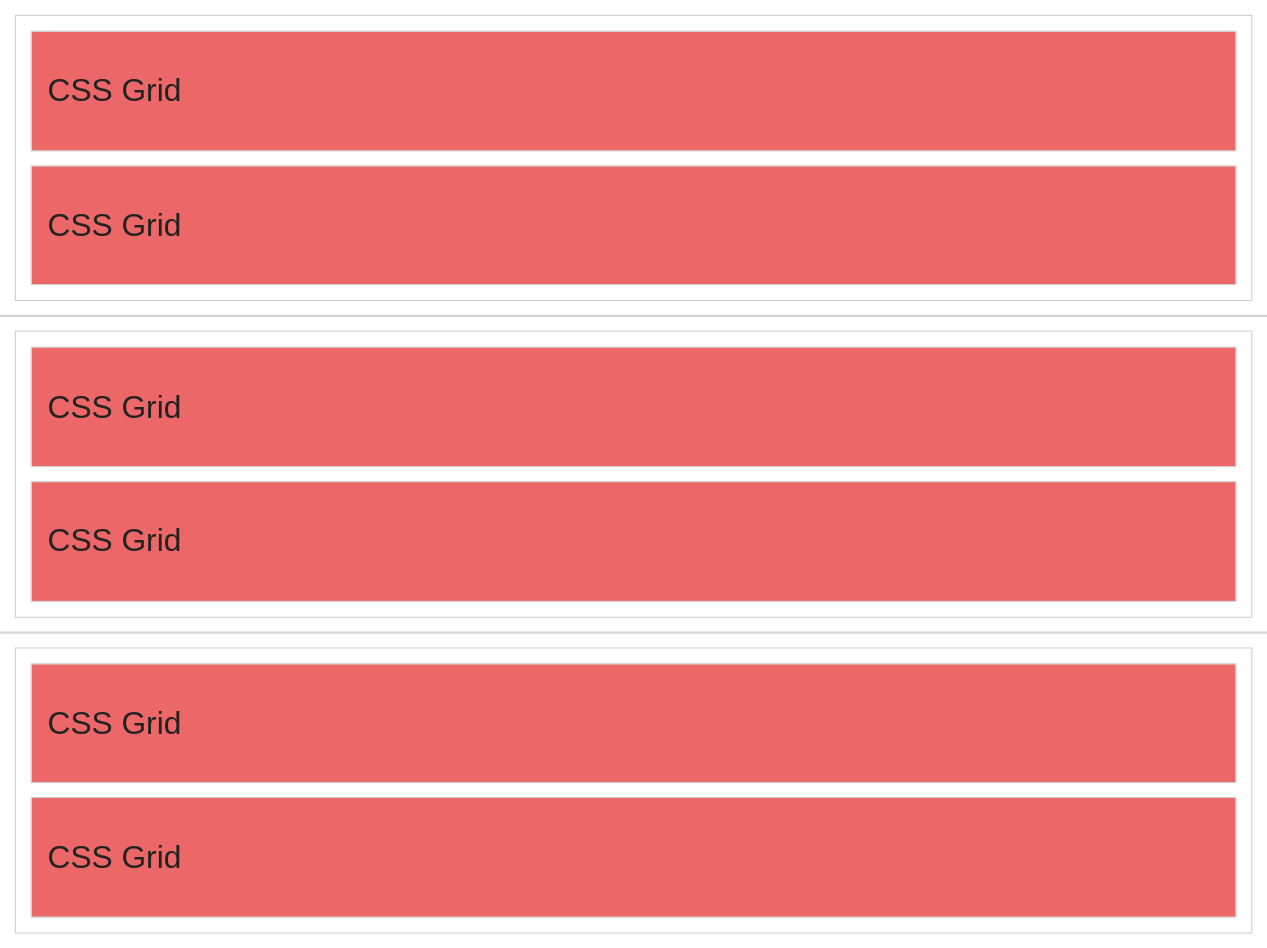
Repository: anoncoderin/madhu_kushal_html_layout
Page: metrosite_week4hw/index.html
An editor plug-in stored every save of this project. The page is shown before and after a run of saves, followed by the edit.
The browser window is 1280 px wide. The pictures show the whole page, at 99% of full size.

Above is the page before, as saved 2023-01-27 23:07:04.

### metrosite_week4hw/index.html
<!doctype html>
<html class="no-js" lang="EN">

<head>
  <meta charset="utf-8">
  <title>Metrolics</title>
  <meta name="description" content="Some demo test website">
  <meta name="viewport" content="width=device-width, initial-scale=1">

  <meta property="og:title" content="">
  <meta property="og:type" content="">
  <meta property="og:url" content="">
  <meta property="og:image" content="">

  <link rel="manifest" href="site.webmanifest">
  <link rel="apple-touch-icon" href="icon.png">
  <!-- Place favicon.ico in the root directory -->

  <link rel="stylesheet" href="css/normalize.css">
  <link rel="stylesheet" href="css/main.css">

  <meta name="theme-color" content="#fafafa">
</head>

<body>


  <script src="js/vendor/modernizr-3.11.2.min.js"></script>
  <script src="js/plugins.js"></script>
  <script src="js/main.js"></script>

  <!-- Google Analytics: change UA-XXXXX-Y to be your site's ID. -->
  <script>
    window.ga = function () { ga.q.push(arguments) }; ga.q = []; ga.l = +new Date;
    ga('create', 'UA-XXXXX-Y', 'auto'); ga('set', 'anonymizeIp', true); ga('set', 'transport', 'beacon'); ga('send', 'pageview')
  </script>
  <script src="https://www.google-analytics.com/analytics.js" async></script>

  <script src="js/vendor/modernizr-3.11.2.min.js"></script>
  <script src="js/plugins.js"></script>
  <script src="js/main.js"></script>

  <!-- Google Analytics: change UA-XXXXX-Y to be your site's ID. -->
  <script>
    window.ga = function () { ga.q.push(arguments) }; ga.q = []; ga.l = +new Date;
    ga('create', 'UA-XXXXX-Y', 'auto'); ga('set', 'anonymizeIp', true); ga('set', 'transport', 'beacon'); ga('send', 'pageview')
  </script>
  <script src="https://www.google-analytics.com/analytics.js" async></script>





  <header class="">
    <div class="row">
      <div class="col">
        <h1>CSS Grid</h1>
      </div>
      <div class="col">
        <h1>CSS Grid</h1>
      </div>
    </div>

  </header>



  <section>

    <div class="row">
      <div class="col">
        <h1>CSS Grid</h1>
      </div>
      <div class="col">
        <h1>CSS Grid</h1>
      </div>
    </div>


  </section>


  <footer>
    <div class="row">
      <div class="col">
        <h1>CSS Grid</h1>
      </div>
      <div class="col">
        <h1>CSS Grid</h1>
      </div>
    </div>

  </footer>









</body>

</html>

### metrosite_week4hw/css/main.css
/*! HTML5 Boilerplate v8.0.0 | MIT License | https://html5boilerplate.com/ */

/* main.css 2.1.0 | MIT License | https://github.com/h5bp/main.css#readme */
/*
 * What follows is the result of much research on cross-browser styling.
 * Credit left inline and big thanks to Nicolas Gallagher, Jonathan Neal,
 * Kroc Camen, and the H5BP dev community and team.
 */

/* ==========================================================================
   Base styles: opinionated defaults
   ========================================================================== */

html {
  color: #222;
  font-size: 1em;
  line-height: 1.4;
}

/*
 * Remove text-shadow in selection highlight:
 * https://twitter.com/miketaylr/status/12228805301
 *
 * Vendor-prefixed and regular ::selection selectors cannot be combined:
 * https://stackoverflow.com/a/16982510/7133471
 *
 * Customize the background color to match your design.
 */

::-moz-selection {
  background: #b3d4fc;
  text-shadow: none;
}

::selection {
  background: #b3d4fc;
  text-shadow: none;
}

div,
main,
header,
section,
footer{
  outline: 1px solid #ccc;
  min-height: 1rem;
  padding: 1rem;
}

*,
*:before,
*:after{
  box-sizing: border-box;
}

img{
  width: 100%;
}


h1,
h2,
h3,
h4,
h5,
h6 {
  font-family:Arial, Helvetica, sans-serif;
  font-weight: 300;
}

p{
  font-family:Arial, Helvetica, sans-serif;
}

.row{
  display: grid;
  row-gap: 1rem;
}
.col{
  position: relative;
  background-color: rgb(236, 103, 103);
}

/* Small only */
@media screen and (max-width: 39.9375em) {}
/* Medium and up */
@media screen and (min-width: 40em) {
  .row{
    max-width: ;
  }
}
/* Medium only */
@media screen and (min-width: 40em) and
(max-width: 63.9375em) {}
/* Large and up */
@media screen and (min-width: 64em) {}
/* Large only */
@media screen and (min-width: 64em) and
(max-width: 74.9375em) {}


/*
 * A better looking default horizontal rule
 */

hr {
  display: block;
  height: 1px;
  border: 0;
  border-top: 1px solid #ccc;
  margin: 1em 0;
  padding: 0;
}

/*
 * Remove the gap between audio, canvas, iframes,
 * images, videos and the bottom of their containers:
 * https://github.com/h5bp/html5-boilerplate/issues/440
 */

audio,
canvas,
iframe,
img,
svg,
video {
  vertical-align: middle;
}

/*
 * Remove default fieldset styles.
 */

fieldset {
  border: 0;
  margin: 0;
  padding: 0;
}

/*
 * Allow only vertical resizing of textareas.
 */

textarea {
  resize: vertical;
}

/* ==========================================================================
   Author's custom styles
   ========================================================================== */

/* ==========================================================================
   Helper classes
   ========================================================================== */

/*
 * Hide visually and from screen readers
 */

.hidden,
[hidden] {
  display: none !important;
}

/*
 * Hide only visually, but have it available for screen readers:
 * https://snook.ca/archives/html_and_css/hiding-content-for-accessibility
 *
 * 1. For long content, line feeds are not interpreted as spaces and small width
 *    causes content to wrap 1 word per line:
 *    https://medium.com/@jessebeach/beware-smushed-off-screen-accessible-text-5952a4c2cbfe
 */

.sr-only {
  border: 0;
  clip: rect(0, 0, 0, 0);
  height: 1px;
  margin: -1px;
  overflow: hidden;
  padding: 0;
  position: absolute;
  white-space: nowrap;
  width: 1px;
  /* 1 */
}

/*
 * Extends the .sr-only class to allow the element
 * to be focusable when navigated to via the keyboard:
 * https://www.drupal.org/node/897638
 */

.sr-only.focusable:active,
.sr-only.focusable:focus {
  clip: auto;
  height: auto;
  margin: 0;
  overflow: visible;
  position: static;
  white-space: inherit;
  width: auto;
}

/*
 * Hide visually and from screen readers, but maintain layout
 */

.invisible {
  visibility: hidden;
}

/*
 * Clearfix: contain floats
 *
 * For modern browsers
 * 1. The space content is one way to avoid an Opera bug when the
 *    `contenteditable` attribute is included anywhere else in the document.
 *    Otherwise it causes space to appear at the top and bottom of elements
 *    that receive the `clearfix` class.
 * 2. The use of `table` rather than `block` is only necessary if using
 *    `:before` to contain the top-margins of child elements.
 */

.clearfix::before,
.clearfix::after {
  content: " ";
  display: table;
}

.clearfix::after {
  clear: both;
}

/* ==========================================================================
   EXAMPLE Media Queries for Responsive Design.
   These examples override the primary ('mobile first') styles.
   Modify as content requires.
   ========================================================================== */

@media only screen and (min-width: 35em) {
  /* Style adjustments for viewports that meet the condition */
}

@media print,
  (-webkit-min-device-pixel-ratio: 1.25),
  (min-resolution: 1.25dppx),
  (min-resolution: 120dpi) {
  /* Style adjustments for high resolution devices */
}

/* ==========================================================================
   Print styles.
   Inlined to avoid the additional HTTP request:
   https://www.phpied.com/delay-loading-your-print-css/
   ========================================================================== */

@media print {
  *,
  *::before,
  *::after {
    background: #fff !important;
    color: #000 !important;
    /* Black prints faster */
    box-shadow: none !important;
    text-shadow: none !important;
  }

  a,
  a:visited {
    text-decoration: underline;
  }

  a[href]::after {
    content: " (" attr(href) ")";
  }

  abbr[title]::after {
    content: " (" attr(title) ")";
  }

  /*
   * Don't show links that are fragment identifiers,
   * or use the `javascript:` pseudo protocol
   */
  a[href^="#"]::after,
  a[href^="javascript:"]::after {
    content: "";
  }

  pre {
    white-space: pre-wrap !important;
  }

  pre,
  blockquote {
    border: 1px solid #999;
    page-break-inside: avoid;
  }

  /*
   * Printing Tables:
   * https://web.archive.org/web/20180815150934/http://css-discuss.incutio.com/wiki/Printing_Tables
   */
  thead {
    display: table-header-group;
  }

  tr,
  img {
    page-break-inside: avoid;
  }

  p,
  h2,
  h3 {
    orphans: 3;
    widows: 3;
  }

  h2,
  h3 {
    page-break-after: avoid;
  }
}

### metrosite_week4hw/js/plugins.js
// Avoid `console` errors in browsers that lack a console.
(function() {
  var method;
  var noop = function () {};
  var methods = [
    'assert', 'clear', 'count', 'debug', 'dir', 'dirxml', 'error',
    'exception', 'group', 'groupCollapsed', 'groupEnd', 'info', 'log',
    'markTimeline', 'profile', 'profileEnd', 'table', 'time', 'timeEnd',
    'timeline', 'timelineEnd', 'timeStamp', 'trace', 'warn'
  ];
  var length = methods.length;
  var console = (window.console = window.console || {});

  while (length--) {
    method = methods[length];

    // Only stub undefined methods.
    if (!console[method]) {
      console[method] = noop;
    }
  }
}());

// Place any jQuery/helper plugins in here.

Loaded but not shown: metrosite_week4hw/css/normalize.css (library); metrosite_week4hw/js/vendor/modernizr-3.11.2.min.js (library); metrosite_week4hw/js/main.js (no stored copy; drawn as an empty file)

After the next 4 saves:
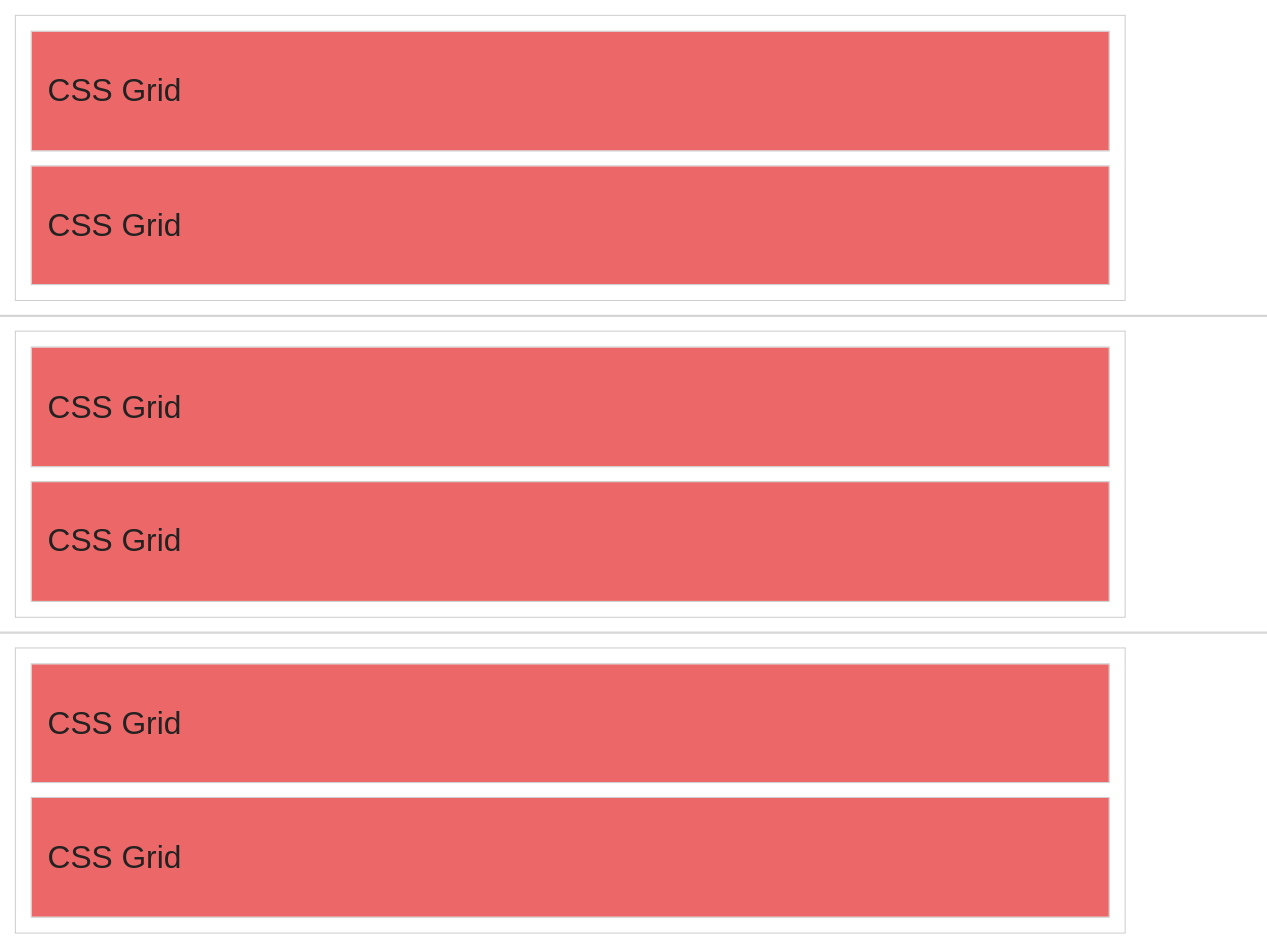
The 4 saves are shown as one change because they came seconds apart.
The last was saved 11 s later.
--- a/metrosite_week4hw/css/main.css
+++ b/metrosite_week4hw/css/main.css
@@ -86,7 +86,8 @@
 /* Medium and up */
 @media screen and (min-width: 40em) {
   .row{
-    max-width: ;
+    max-width: 70rem;
+    col
   }
 }
 /* Medium only */
